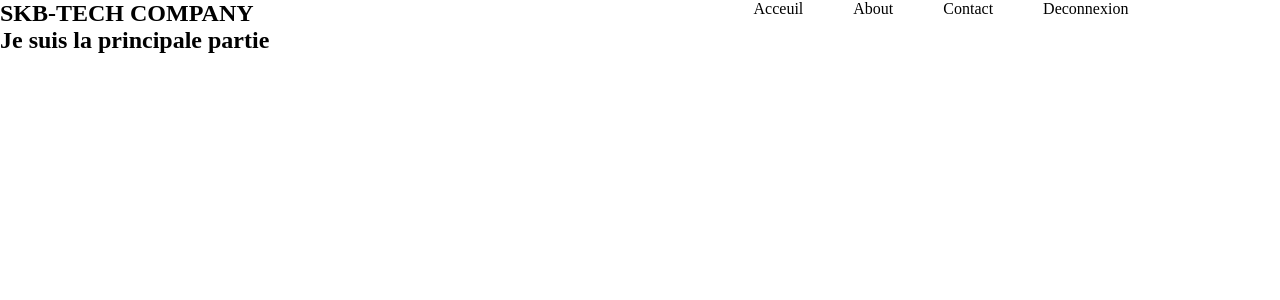
Repository: SKB-TECH/projetExpress
Page: http://localhost/
The author's editor kept a copy of each file at every save. The page is drawn from the files as they stood at one save, then again after a run of saves.
The browser window is 1280 px wide. The pictures show the whole page.
The page is served by the project's Node server (server.js). Other server files are loaded and not shown.

Above is the page before, as saved 2022-10-21 15:16:27.

### views/main.ejs
<%- include('./includes/header.ejs') %>
<!-- Partie principale  -->
<main>
  <h2>Je suis la principale partie</h2>
</main>

<%- include('./includes/footer.ejs') %>

### views/includes/header.ejs
<!DOCTYPE html>
<html lang="en">
  <head>
    <meta charset="UTF-8" />
    <meta http-equiv="X-UA-Compatible" content="IE=edge" />
    <link
      rel="stylesheet"
      href="https://cdnjs.cloudflare.com/ajax/libs/font-awesome/6.2.0/css/all.min.css"
      integrity="sha512-xh6O/CkQoPOWDdYTDqeRdPCVd1SpvCA9XXcUnZS2FmJNp1coAFzvtCN9BmamE+4aHK8yyUHUSCcJHgXloTyT2A=="
      crossorigin="anonymous"
      referrerpolicy="no-referrer"
    />
    <meta name="viewport" content="width=device-width, initial-scale=1.0" />
    <link rel="stylesheet" href="css/style.css" />
    <title>Project Express</title>
  </head>
  <body>
  <header>
    <nav class="nav-list">
        <span>
            <h1 class="titles1">
                SKB-TECH COMPANY
            </h1>
        </span>
      <div class="taches">
        <ul class="list-title">
          <li>Acceuil</li>
          <li>About</li>
          <li>Contact</li>
          <li>Deconnexion</li>
        </ul>
      </div>
    </nav>
  </header>
</html>

### server.js
const express = require('express');
const morgan = require('morgan');
const path = require('path')
const router = require('./routes/router')
const ejs = require('ejs');
const { dirname } = require('path');
const app = express()
/**
    - quelques middlewares pour specification des dossiers
    - specification du moteur de visualisation utilise
 */
app.set('view engine', 'ejs');
app.use('/css', express.static(path.resolve(__dirname, './assets/css')))
app.set('view')
app.use(morgan('tiny'))


// initialisation de toutes routes de l'application
app.use(require('./routes/router'))

// initialisation du server et du port qui va ecoute les requetes du client
app.listen(4000, () => {
    console.log("Serveur lancer deja au port 4000");
})

### controllers/Controllers.js
exports.Home = (req, res) => {
    res.render('main')
}
exports.About = (req, res) => {
    res.render('about', { nom: "Shako" })
}
exports.Contact = (req, res) => {
    res.render('contact')
}

### assets/css/style.css
* {
    padding: 0px;
    margin: 0px;
    box-sizing: border-box;
}

header {
    display: flex;
    width: 100%;
}

nav {
    display: flex;
    flex-direction: row;
    justify-content: space-between;
    gap: 500px;
}

ul {
    display: flex;
    flex-direction: row;
    justify-content: end;
    list-style-type: none;
    gap: 50px;
}

Loaded but not shown: views/includes/footer.ejs (common file)

After the next 2 saves:
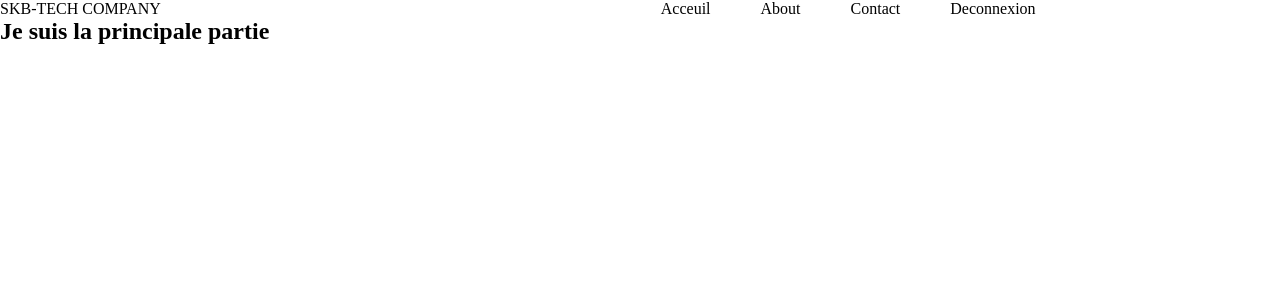
The 2 saves are shown as one change because they came seconds apart.
The last was saved 37 s later.
--- a/views/includes/header.ejs
+++ b/views/includes/header.ejs
@@ -18,7 +18,6 @@
   <header>
     <nav class="nav-list">
         <span>
-            <h1 class="titles1">
                 SKB-TECH COMPANY
             </h1>
         </span>
